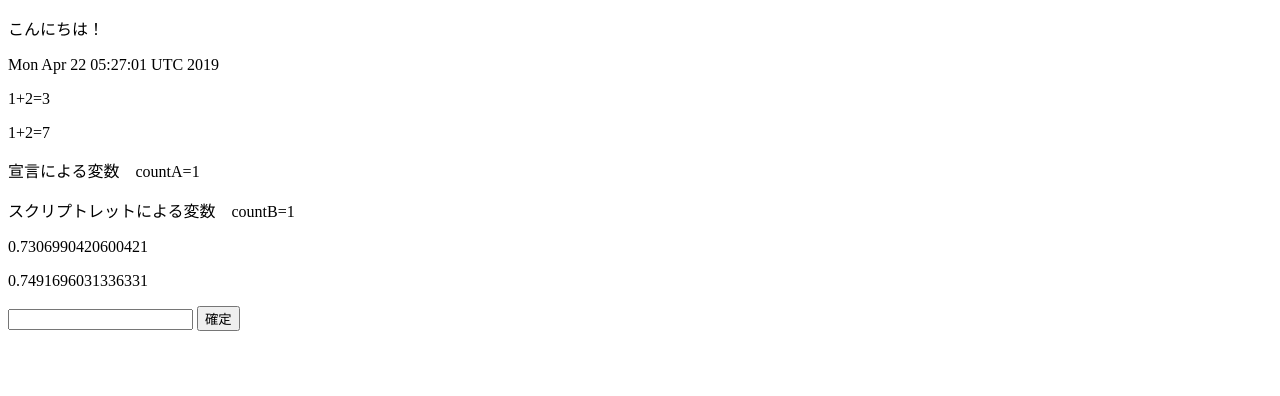
Repository: naoshima1109/test
Page: http://localhost/HelloJSP/
An editor plug-in stored every save of this project. The page is shown before and after the next save, followed by the edit.
The browser window is 1280 px wide. The pictures show the whole page.
The page is served by Tomcat 9.

Above is the page before, as saved 2019-04-24 06:26:07.

After the next save:
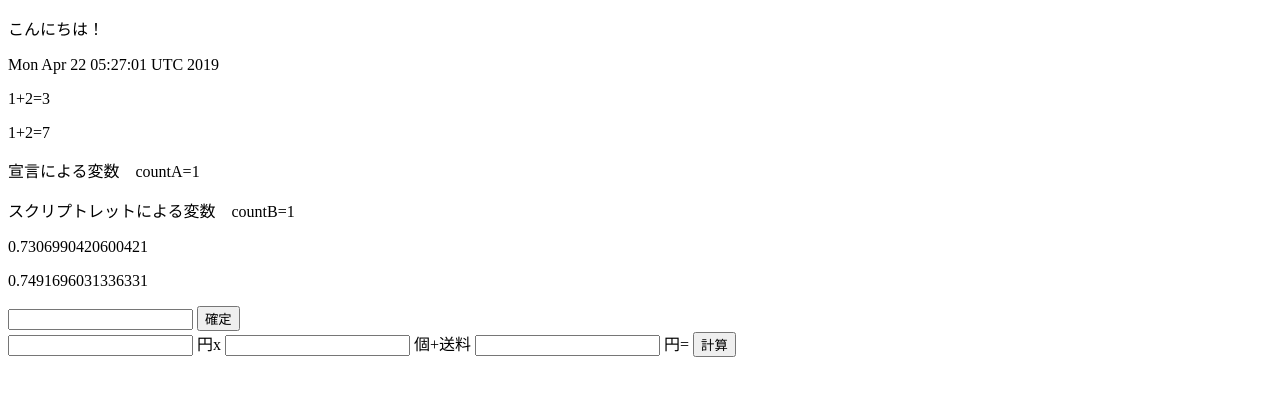
Saved 87 s later.
--- a/HelloJSP/WebContent/index.jsp
+++ b/HelloJSP/WebContent/index.jsp
@@ -37,5 +37,15 @@ countB++;
 <input type="text" name="user">
 <input type="submit" value="確定">
 </form>
+
+<form method="post" action="total-out.jsp">
+<input type="text" name="price">
+円x
+<input type="text" name="count">
+個+送料
+<input type="text" name="delivery">
+円=
+<input type="submit" value="計算">
+</form>
 </body>
 </html>
